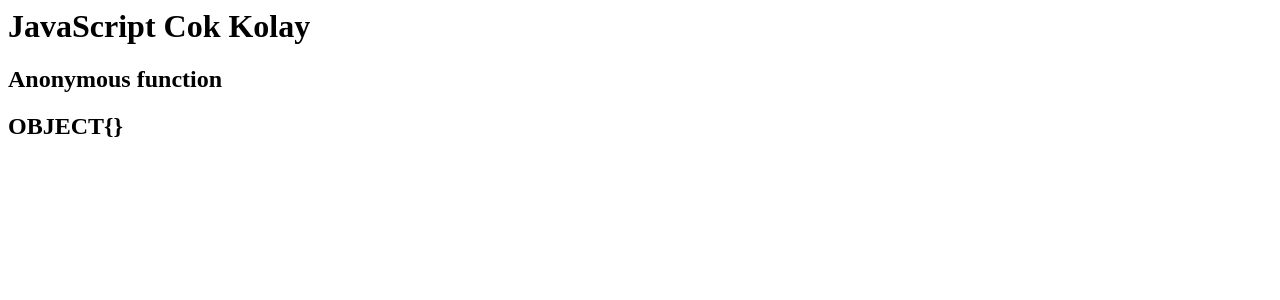
Repository: onerdogan/CypressProject-JS
Page: index.html
These files come from the project's save history. The page is drawn as it stood at one moment and after the next save; the edit follows.
The browser window is 1280 px wide. The pictures show the whole page.

Above is the page before, as saved 2021-11-26 17:12:22.

After the next save:
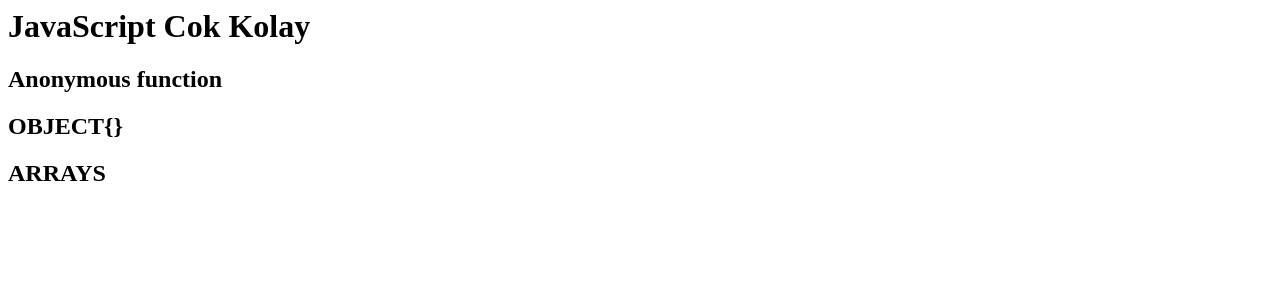
Saved 19 h 14 min later.
--- a/index.html
+++ b/index.html
@@ -6,6 +6,7 @@
     <h1>JavaScript Cok Kolay</h1>
     <h2>Anonymous function</h2>
     <h2>OBJECT{}</h2>
+    <h2>ARRAYS</h2>
     <script src="app.js"></script>
   </body>
 </html>
